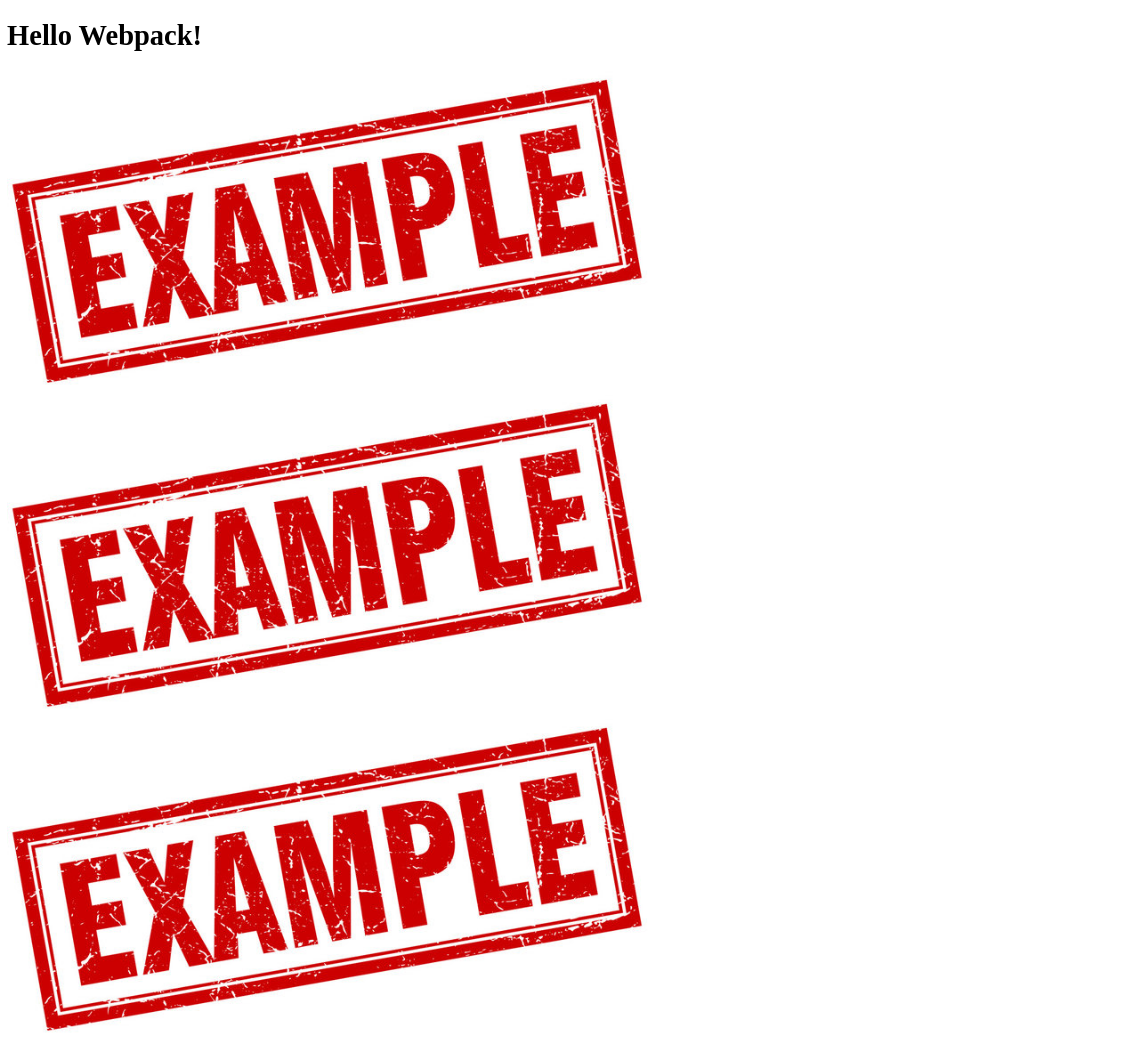
Repository: gkintu/odin-resturant-page
Page: src/index.html
These files come from the project's save history. The page is drawn as it stood at one moment and after the next save; the edit follows.
The browser window is 1280 px wide. The pictures show the whole page, at 89% of full size.

Above is the page before, as saved 2025-03-17 08:52:36.

### src/index.html
<!DOCTYPE html>
<html lang="en">
<head>
    <meta charset="UTF-8">
    <meta name="viewport" content="width=device-width, initial-scale=1.0">
    <title>Webpack Setup</title>
</head>
<body>
    <h1>Hello Webpack!</h1>
    <img src="./images/example.jpg" alt="Example">
    <img src="./images/example.jpg" alt="Example">
    <img src="/images/example.jpg" alt="Example">

</body>
</html>

After the next save:
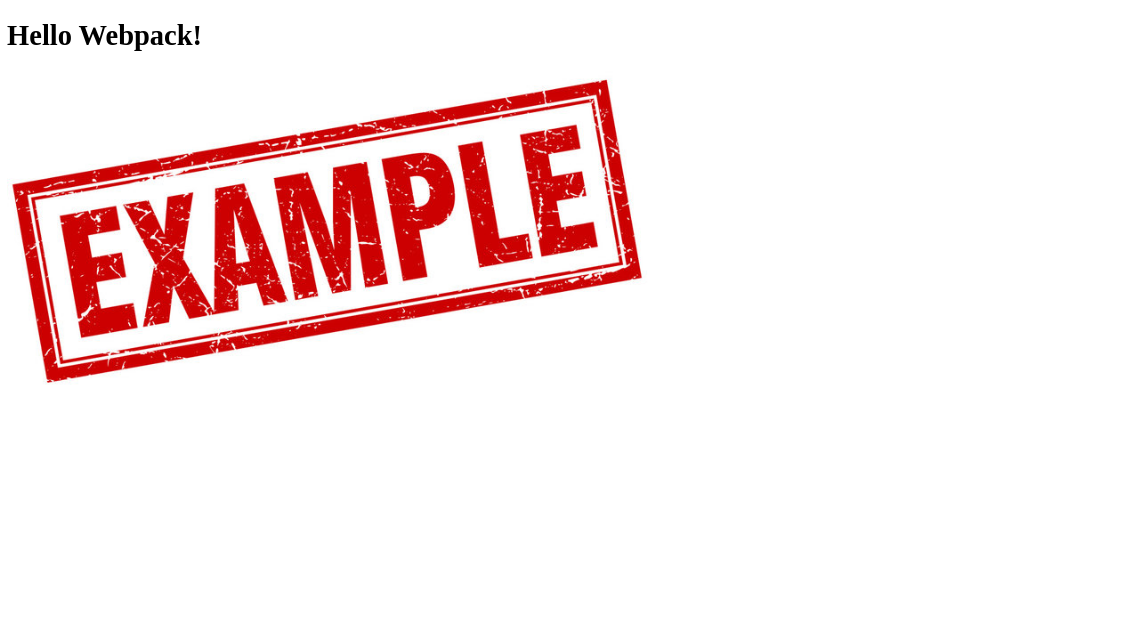
Saved 7 min 41 s later.
--- a/src/index.html
+++ b/src/index.html
@@ -8,8 +8,6 @@
 <body>
     <h1>Hello Webpack!</h1>
     <img src="./images/example.jpg" alt="Example">
-    <img src="./images/example.jpg" alt="Example">
-    <img src="/images/example.jpg" alt="Example">
 
 </body>
 </html>
